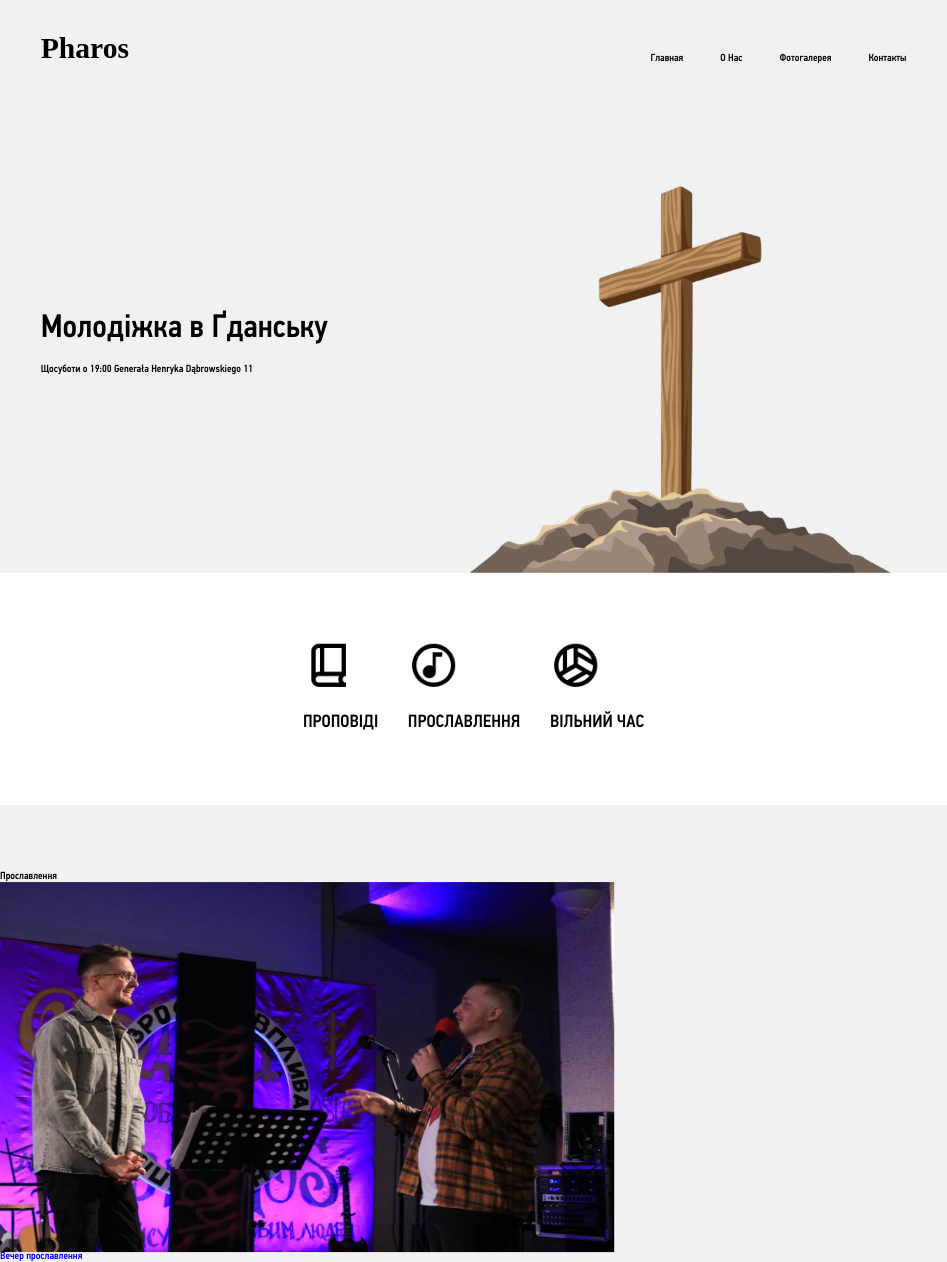
Repository: Bohdan-Sandovenko/youth-project
Page: index.html
These files come from the project's save history. The page is drawn as it stood at one moment and after the next save; the edit follows.
The browser window is 1280 px wide. The pictures show the part of the page from y = 0 to 1706 px (the page is 2824 px tall), at 74% of full size.
Pictures or frames that could not be fetched are drawn as grey boxes. Some web fonts or font styles are not loaded; a fallback is used. The style sheet was rebuilt from its Sass, Less or Tailwind sources for each picture, by a compiler version that may differ from the author's.

Above is the page before, as saved 2024-09-23 17:41:33.

After the next save:
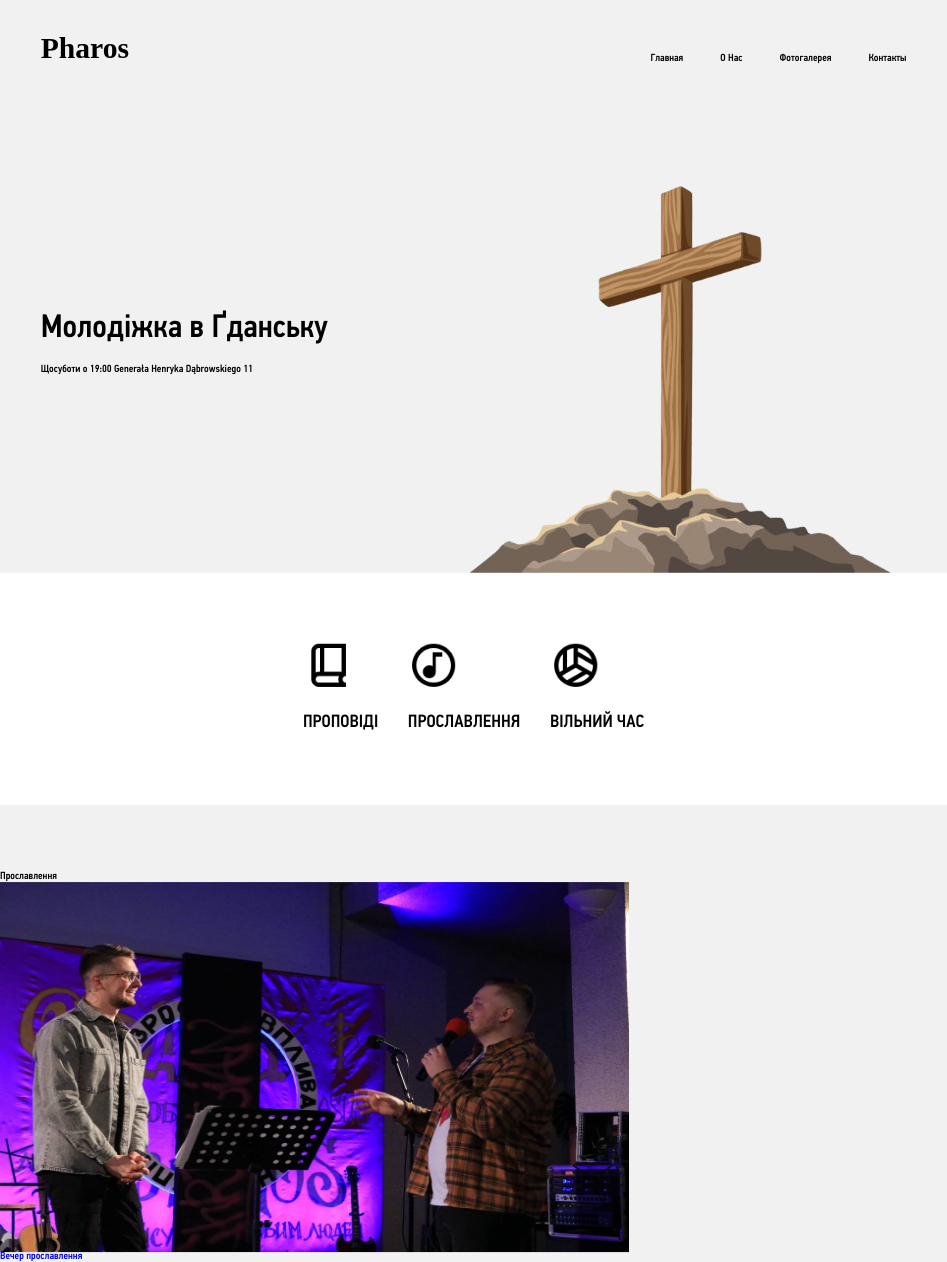
Saved 15 s later.
--- a/css/style.scss
+++ b/css/style.scss
@@ -132,7 +132,7 @@ body {
         .images-about-us {
             .about-image {
                 height: 500px;
-                width: 830px;
+                width: 850px;
             }
 
             .worhip-title {}
